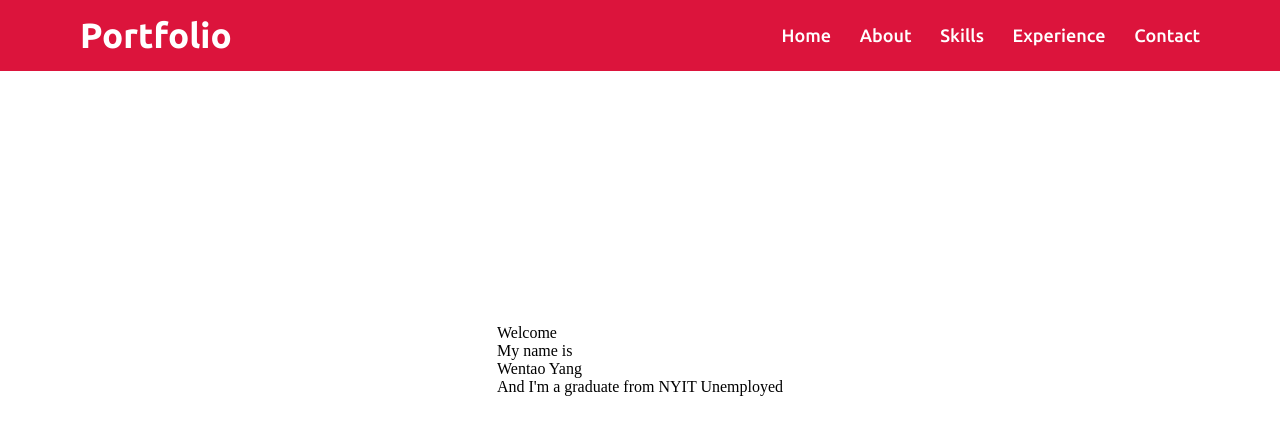
Repository: wyang08/wyang08.github.io
Page: index.html
The author's editor kept a copy of each file at every save. The page is drawn from the files as they stood at one save, then again after the next save.
The browser window is 1280 px wide. The pictures show the whole page.

Above is the page before, as saved 2021-07-02 14:46:12.

### index.html
<!DOCTYPE html>
<html lang="en">
<head>
    <meta charset="UTF-8">
    <meta name="viewport" content="width=divice-width, initial-scale=1.0">
    <title>Personal Porfolio Website</title>
    <link rel="stylesheet" href="style.css">
    <script src="https://kit.fontawesome.cm/a076d05399.js"></script>
</head>

<body>
    <nav class="navbar">
        <div class="max-width">

            <div class="logo"><a href="#">Portfo<span>lio</span></a></div>

            <ul class="menu">
                <li><a href="#">Home</a></li>
                <li><a href="#">About</a></li>
                <li><a href="#">Skills</a></li>
                <li><a href="#">Experience</a></li>
                <li><a href="#">Contact</a></li>
            </ul>

        </div>


    </nav>

    <!-- 内容 -->
    <section class="home" id="home">
        <div class="max-width">
            <div class="home-content">
                <div class="text-1">Welcome</div>
                <div class="text-2">My name is</div>
                <div class="text-3">Wentao Yang</div>
                <div class="text-4">And I'm a graduate from NYIT <span>Unemployed</span></div>
            </div>
        </div>
    </section>


</body>


</html>

### style.css
@import url('https://fonts.googleapis.com/css2?family=Poppins:wght@400;500;600;700&family=Ubuntu:wght@400;500;700&display=swap');

*{
    margin: 0;
    padding: 0;
    box-sizing: border-box;
    text-decoration: none;

}

/* navbar styling */
.navbar{
    position: fixed;
    width: 100%;
    padding: 15px 0;
    background: crimson;
    font-family: 'Ubuntu', sans-serif;
}


.navbar .menu li a{
    color: white;
    font-size: 18px;
    font-weight: 500;
    margin-left: 25px;
}

/* 标题大小 */
.navbar .logo a{
    color: white;
    font-size: 35px;
    font-weight: 600;
}

/* Subtitle display style */
.navbar .menu li{
    list-style-type: none;
    display: inline-block;
}

.navbar .max-width{
    display: flex;
    align-items: center;
    justify-content: space-between;
}

.max-width{
    max-width: 1300px;
    padding: 0 80px;
    margin: auto;
}

/* 内容 */
.home{
    display: flex;
    background: white no repeat center;
    height: 100vh;
    min-height: 500px;
}

After the next save:
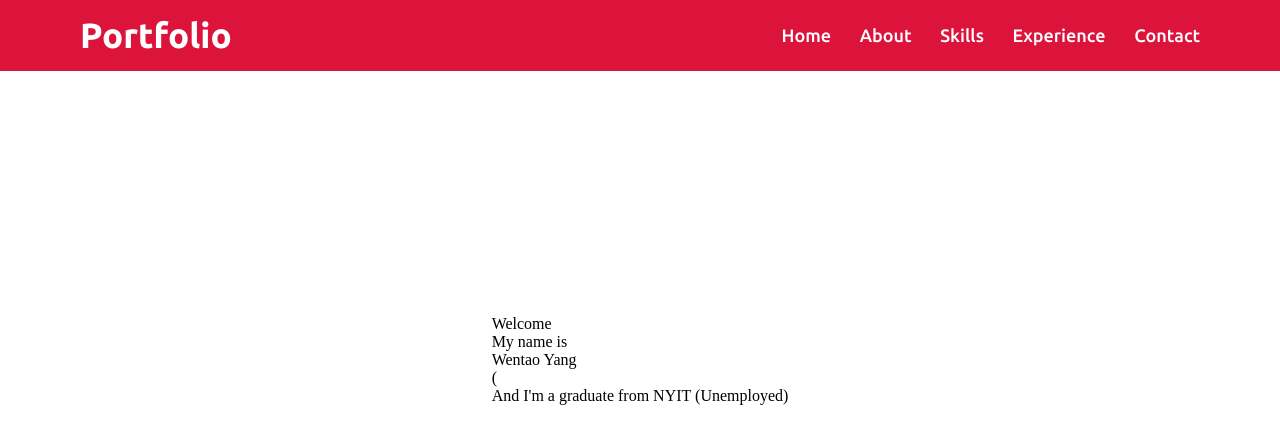
Saved 11 s later.
--- a/index.html
+++ b/index.html
@@ -33,8 +33,8 @@
             <div class="home-content">
                 <div class="text-1">Welcome</div>
                 <div class="text-2">My name is</div>
-                <div class="text-3">Wentao Yang</div>
-                <div class="text-4">And I'm a graduate from NYIT <span>Unemployed</span></div>
+                <div class="text-3">Wentao Yang</div>(
+                <div class="text-4">And I'm a graduate from NYIT <span>(Unemployed)</span></div>
             </div>
         </div>
     </section>
